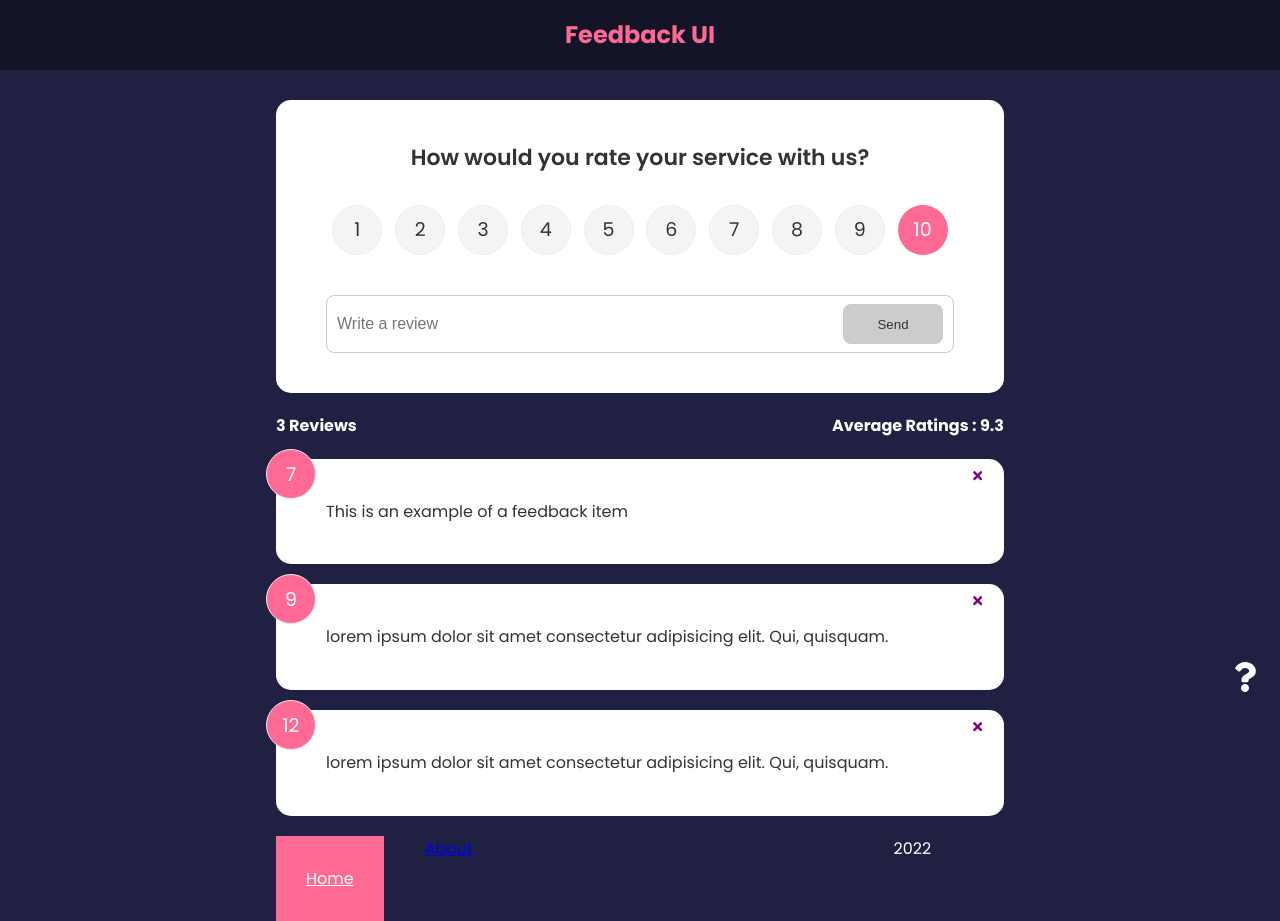
Repository: bayorwor/feedbackapp
Page: /
These files come from the project's save history. The page is drawn as it stood at one moment and after the next save; the edit follows.
The browser window is 1280 px wide. The pictures show the whole page.
The project was rebuilt for these pictures with package versions that can differ from the ones it lists, and the page was loaded fresh each time. Also part of the build but not shown: src/pages/AboutPage.jsx.

Above is the page before, as saved 2022-01-31 07:45:00.

### public/index.html
<!DOCTYPE html>
<html lang="en">
  <head>
    <meta charset="utf-8" />
    <link rel="icon" href="%PUBLIC_URL%/favicon.ico" />
    <meta name="viewport" content="width=device-width, initial-scale=1" />
    <meta name="theme-color" content="#000000" />
    <meta
      name="description"
      content="Web site created using create-react-app"
    />
    <link rel="apple-touch-icon" href="%PUBLIC_URL%/logo192.png" />
    <link rel="manifest" href="%PUBLIC_URL%/manifest.json" />
    <title>feedback app</title>
  </head>
  <body>
    <noscript>You need to enable JavaScript to run this app.</noscript>
    <div id="root"></div>
  </body>
</html>

### src/index.css
@import url("https://fonts.googleapis.com/css2?family=Poppins:wght@400;600;700&display=swap");

* {
  box-sizing: border-box;
  margin: 0;
  padding: 0;
}

body {
  font-family: "Poppins", sans-serif;
  background-color: #202142;
  color: #fff;
  line-height: 1.6;
}

ul {
  list-style: none;
}

.container {
  max-width: 768px;
  margin: auto;
  padding: 0 20px;
}

header {
  height: 70px;
  width: 100%;
  display: flex;
  justify-content: space-between;
  align-items: center;
  margin-bottom: 30px;
}

.card {
  background-color: #fff;
  color: #333;
  border-radius: 15px;
  padding: 40px 50px;
  margin: 20px 0;
  position: relative;
}

.card.reverse {
  background-color: rgba(0, 0, 0, 0.4);
  color: #fff;
}

.card h2 {
  font-size: 22px;
  font-weight: 600;
  text-align: center;
}

.rating {
  display: flex;
  align-items: center;
  justify-content: space-around;
  margin: 30px 0 40px;
}

.rating li,
.num-display {
  position: relative;
  background: #f4f4f4;
  width: 50px;
  height: 50px;
  padding: 10px;
  text-align: center;
  border-radius: 50%;
  font-size: 19px;
  border: 1px #eee solid;
  transition: 0.3s;
}

.rating li label {
  position: absolute;
  top: 50%;
  left: 50%;
  width: 50px;
  height: 50px;
  padding: 10px;
  border-radius: 50%;
  transform: translate(-50%, -50%);
  cursor: pointer;
}

.rating li:hover,
.num-display {
  background: #ff6a95;
  color: #fff;
}

[type="radio"] {
  opacity: 0;
}

[type="radio"]:checked ~ label {
  background: #ff6a95;
  color: #fff;
}

.input-group {
  display: flex;
  flex-direction: row;
  border: 1px solid #ccc;
  padding: 8px 10px;
  border-radius: 8px;
}

input {
  flex-grow: 2;
  border: none;
  font-size: 16px;
}

input:focus {
  outline: none;
}

.feedback-stats {
  color: #fff;
  display: flex;
  justify-content: space-between;
  align-items: center;
}

.num-display {
  position: absolute;
  top: -10px;
  left: -10px;
}

.close,
.edit {
  position: absolute;
  top: 10px;
  right: 20px;
  cursor: pointer;
  background: none;
  border: none;
}

.edit {
  right: 40px;
}

.btn {
  color: #fff;
  border: 0;
  border-radius: 8px;
  color: #fff;
  width: 100px;
  height: 40px;
  cursor: pointer;
}

.btn-primary {
  background-color: #202142;
}

.btn-secondary {
  background: #ff6a95;
}

.btn:hover {
  transform: scale(0.98);
  opacity: 0.9;
}

.btn:disabled {
  background-color: #cccccc;
  color: #333;
  cursor: auto;
}

.btn:disabled:hover {
  transform: scale(1);
  opacity: 1;
}

.message {
  padding-top: 10px;
  text-align: center;
  color: rebeccapurple;
}

.about-link {
  position: absolute;
  bottom: 20px;
  right: 20px;
  color: #fff;
  cursor: pointer;
}

.about-link a {
  color: #fff;
}

.about-link a:hover {
  color: #ff6a95;
}

.about h1 {
  margin-bottom: 20px;
}

.about p {
  margin: 10px 0;
}

@media (max-width: 600px) {
  .rating li {
    margin: 10px 3px;
  }

  .rating {
    display: flex;
    align-items: center;
    justify-content: center;
    flex-wrap: wrap;
    margin: 30px 0 40px;
  }

  .input-group input {
    width: 80%;
  }
}
.active {
  background: #ff6a95;
  color: #fff;
  padding: 30px;
}
.footer {
  display: flex;
  justify-content: space-between;
  width: 90%;
}

.footer-container {
  display: flex;
  justify-content: space-between;
  width: 30%;
}

### src/App.js
import { useState } from "react";
import { BrowserRouter as Router, Route, Routes } from "react-router-dom";
import { v4 as uuidV4 } from "uuid";
import Header from "./components/Header";
import feedbackData from "./data/feedBacks";
import FeedbackList from "./components/FeedbackList";
import FeedbackStats from "./components/FeedbackStats";
import FeedbackForm from "./components/FeedbackForm";
import AboutPage from "./pages/AboutPage";
import AboutIconLink from "./components/AboutIconLink";
import Footer from "./components/Footer";

const App = () => {
  const [feedback, setFeedback] = useState(feedbackData);

  const deleteFeedback = (id) => {
    if (window.confirm("Are you sure you want to delete this feedback?")) {
      setFeedback(feedback.filter((feedback) => feedback.id !== id));
    }
  };

  const addFeedback = (newFeedback) => {
    newFeedback.id = uuidV4();
    setFeedback([newFeedback, ...feedback]);
  };

  return (
    <Router>
      <Header />
      <div className="container">
        <Routes>
          <Route
            exact
            path="/"
            element={
              <>
                <FeedbackForm addFeedback={addFeedback} />
                <FeedbackStats feedback={feedback} />
                <FeedbackList
                  feedback={feedback}
                  deleteFeedback={deleteFeedback}
                />
              </>
            }
          ></Route>
          <Route path="/about" element={<AboutPage />} />
        </Routes>
        <Footer />
        <AboutIconLink />
      </div>
    </Router>
  );
};

export default App;

### src/components/Header.jsx
import React from "react";
import PropTypes from "prop-types";

const Header = ({ text, bgColor, textColor }) => {
  const headerStyle = {
    backgroundColor: bgColor,
    color: textColor,
  };

  return (
    <header style={headerStyle}>
      <div className="container">
        <h2>{text}</h2>
      </div>
    </header>
  );
};

Header.defaultProps = {
  text: "Feedback UI",
  bgColor: "rgba(0, 0, 0, 0.4)",
  textColor: "#ff6a95",
};

Header.propTypes = {
  text: PropTypes.string,
  bgColor: PropTypes.string,
  textColor: PropTypes.string,
};

export default Header;

### src/data/feedBacks.js
const feedbackData = [
  {
    rating: 7,
    text: "This is an example of a feedback item",
    id: 1,
  },
  {
    rating: 9,
    text: "lorem  ipsum dolor sit  amet consectetur adipisicing elit. Qui, quisquam.",
    id: 2,
  },
  {
    rating: 12,
    text: "lorem  ipsum dolor sit  amet consectetur adipisicing elit. Qui, quisquam.",
    id: 3,
  },
];

export default feedbackData;

### src/components/FeedbackList.jsx
import PropTypes from "prop-types";
import { motion, AnimatePresence } from "framer-motion";
import FeedbaackItem from "./FeedbaackItem";

function FeedbackList({ feedback, deleteFeedback }) {
  if (!feedback || feedback.length === 0) {
    return <p>There are no feedbacks to display</p>;
  }

  return (
    <div className="feedback-list">
      <AnimatePresence>
        {feedback.map((feedback) => (
          <motion.div
            key={feedback.id}
            initial={{ opacity: 0 }}
            animate={{ opacity: 1 }}
            exit={{ opacity: 0 }}
          >
            <FeedbaackItem
              key={feedback.id}
              feedback={feedback}
              deleteFeedback={deleteFeedback}
            />
          </motion.div>
        ))}
      </AnimatePresence>
    </div>
  );
  // return (
  //   <div className="feedback-list">
  //     {feedback.map((feedback) => (
  //       <FeedbaackItem
  //         key={feedback.id}
  //         feedback={feedback}
  //         deleteFeedback={deleteFeedback}
  //       />
  //     ))}
  //   </div>
  // );
}

FeedbackList.propTypes = {
  feedback: PropTypes.array.isRequired,
};

export default FeedbackList;

### src/components/FeedbackStats.jsx
import PropTypes from "prop-types";

function FeedbackStats({ feedback }) {
  let average =
    feedback.reduce((total, feedback) => total + feedback.rating, 0) /
    feedback.length;

  average = average.toFixed(1);

  return (
    <div className="feedback-stats">
      <h4>{feedback.length} Reviews</h4>
      <h4>Average Ratings : {isNaN(average) ? 0 : average}</h4>
    </div>
  );
}

FeedbackStats.propTypes = {
  feedback: PropTypes.array.isRequired,
};

export default FeedbackStats;

### src/components/FeedbackForm.jsx
import { useState } from "react";
import Card from "./shared/Card";
import Button from "./shared/Button";
import RatingSelect from "./RatingSelect";

function FeedbackForm({ addFeedback }) {
  const [text, setText] = useState("");
  const [rating, setRating] = useState(10);
  const [btnDisabled, setBtnDisabled] = useState(true);
  const [message, setMessage] = useState("");

  const handleChange = (event) => {
    if (text === "") {
      setBtnDisabled(true);
      setMessage(null);
    } else if (text !== "" && text.trim().length <= 10) {
      setBtnDisabled(true);
      setMessage("Please enter at least 10 characters");
    } else {
      setBtnDisabled(false);
      setMessage(null);
    }
    setText(event.target.value);
  };

  const handleSubmit = (event) => {
    event.preventDefault();
    if (text.trim().length > 10) {
      const newFeedback = {
        text,
        rating,
      };
      addFeedback(newFeedback);
      setText("");
      setRating(10);
      setBtnDisabled(true);
    }
  };

  return (
    <Card>
      <form onSubmit={handleSubmit}>
        <h2>How would you rate your service with us?</h2>
        <RatingSelect select={(rating) => setRating(rating)} />
        <div className="input-group">
          <input
            onChange={handleChange}
            value={text}
            type="text"
            placeholder="Write a review"
          />
          <Button type="submit" isDisabled={btnDisabled}>
            Send
          </Button>
        </div>
        {message && <div className="message">{message}</div>}
      </form>
    </Card>
  );
}

export default FeedbackForm;

### src/components/AboutIconLink.jsx
import React from "react";
import { FaQuestion } from "react-icons/fa";
import { Link } from "react-router-dom";

function AboutIconLink() {
  return (
    <div className="about-link">
      <Link to="/about">
        <FaQuestion size={30} />
      </Link>
    </div>
  );
}

export default AboutIconLink;

### src/components/Footer.jsx
import { NavLink } from "react-router-dom";
import Card from "./shared/Card";

function Footer() {
  var today = new Date();
  var year = today.getFullYear();

  return (
    <>
      <div className="footer">
        <div className="footer-container">
          <NavLink activeClassName="active" to="/">
            Home
          </NavLink>
          <NavLink activeClassName="active" to="/about">
            About
          </NavLink>
        </div>
        <p>{year}</p>
      </div>
    </>
  );
}

export default Footer;

### src/components/FeedbaackItem.jsx
import { FaTimes } from "react-icons/fa";
import PropTypes from "prop-types";
import Card from "./shared/Card";

function FeedbaackItem({ feedback, deleteFeedback }) {
  return (
    <Card>
      <div className="num-display">{feedback.rating}</div>
      <button onClick={() => deleteFeedback(feedback.id)} className="close">
        <FaTimes color="purple" />
      </button>
      <div className="text-display">{feedback.text}</div>
    </Card>
  );
}

FeedbaackItem.propTypes = {
  feedback: PropTypes.object.isRequired,
};

export default FeedbaackItem;

### src/components/shared/Card.jsx
import React from "react";
import PropTypes from "prop-types";

function Card({ children, reverse }) {
  return <div className={`card ${reverse && "reverse"}`}>{children}</div>;
}

Card.defaultProps = {
  reverse: false,
};

Card.propTypes = {
  children: PropTypes.node.isRequired,
  reverse: PropTypes.bool,
};

export default Card;

### src/components/shared/Button.js
import PropTypes from "prop-types";

function Button({ children, version, type, isDisabled }) {
  return (
    <button type={type} disabled={isDisabled} className={`btn btn-${version}`}>
      {children}
    </button>
  );
}

Button.defaultProps = {
  version: "primary",
  type: "button",
  isDisabled: false,
};

Button.prototype = {
  children: PropTypes.node.isRequired,
  version: PropTypes.string,
  type: PropTypes.string,
  isDisabled: PropTypes.bool,
};

export default Button;

### src/components/RatingSelect.jsx
import { useState } from "react";

function RatingSelect({ select }) {
  const [selected, setSelected] = useState(10);

  const handleChange = (event) => {
    setSelected(+event.currentTarget.value);
    select(+event.currentTarget.value);
  };

  return (
    <ul className="rating">
      <li>
        <input
          type="radio"
          id="num1"
          name="rating"
          value="1"
          onChange={handleChange}
          checked={selected === 1}
        />
        <label htmlFor="num1">1</label>
      </li>
      <li>
        <input
          type="radio"
          id="num2"
          name="rating"
          value="2"
          onChange={handleChange}
          checked={selected === 2}
        />
        <label htmlFor="num2">2</label>
      </li>
      <li>
        <input
          type="radio"
          id="num3"
          name="rating"
          value="3"
          onChange={handleChange}
          checked={selected === 3}
        />
        <label htmlFor="num3">3</label>
      </li>
      <li>
        <input
          type="radio"
          id="num4"
          name="rating"
          value="4"
          onChange={handleChange}
          checked={selected === 4}
        />
        <label htmlFor="num4">4</label>
      </li>
      <li>
        <input
          type="radio"
          id="num5"
          name="rating"
          value="5"
          onChange={handleChange}
          checked={selected === 5}
        />
        <label htmlFor="num5">5</label>
      </li>
      <li>
        <input
          type="radio"
          id="num6"
          name="rating"
          value="6"
          onChange={handleChange}
          checked={selected === 6}
        />
        <label htmlFor="num6">6</label>
      </li>
      <li>
        <input
          type="radio"
          id="num7"
          name="rating"
          value="7"
          onChange={handleChange}
          checked={selected === 7}
        />
        <label htmlFor="num7">7</label>
      </li>
      <li>
        <input
          type="radio"
          id="num8"
          name="rating"
          value="8"
          onChange={handleChange}
          checked={selected === 8}
        />
        <label htmlFor="num8">8</label>
      </li>
      <li>
        <input
          type="radio"
          id="num9"
          name="rating"
          value="9"
          onChange={handleChange}
          checked={selected === 9}
        />
        <label htmlFor="num9">9</label>
      </li>
      <li>
        <input
          type="radio"
          id="num10"
          name="rating"
          value="10"
          onChange={handleChange}
          checked={selected === 10}
        />
        <label htmlFor="num10">10</label>
      </li>
    </ul>
  );
}

export default RatingSelect;

Loaded but not shown: src/index.js (common file)

After the next save:
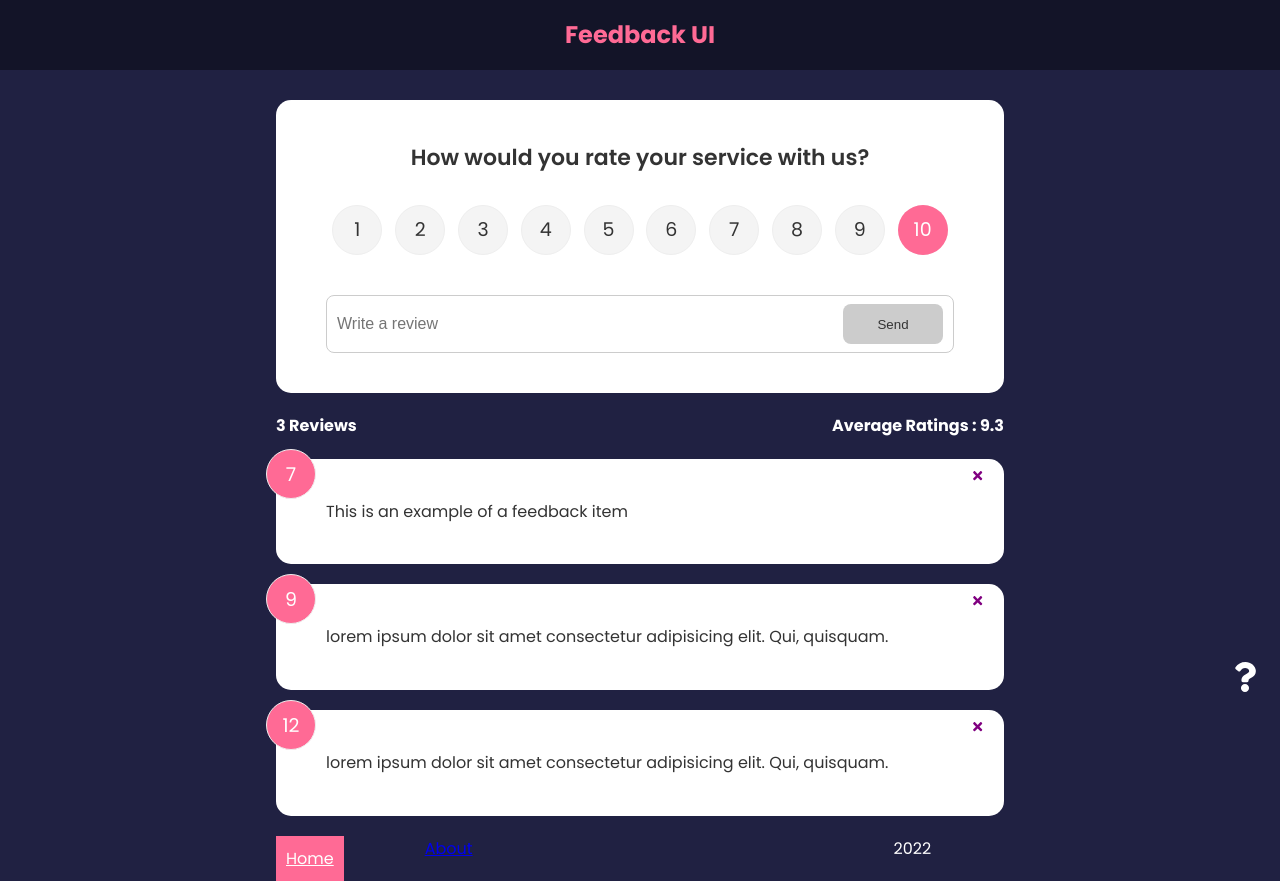
Saved 7 s later.
--- a/src/index.css
+++ b/src/index.css
@@ -229,7 +229,7 @@ input:focus {
 .active {
   background: #ff6a95;
   color: #fff;
-  padding: 30px;
+  padding: 10px;
 }
 .footer {
   display: flex;
